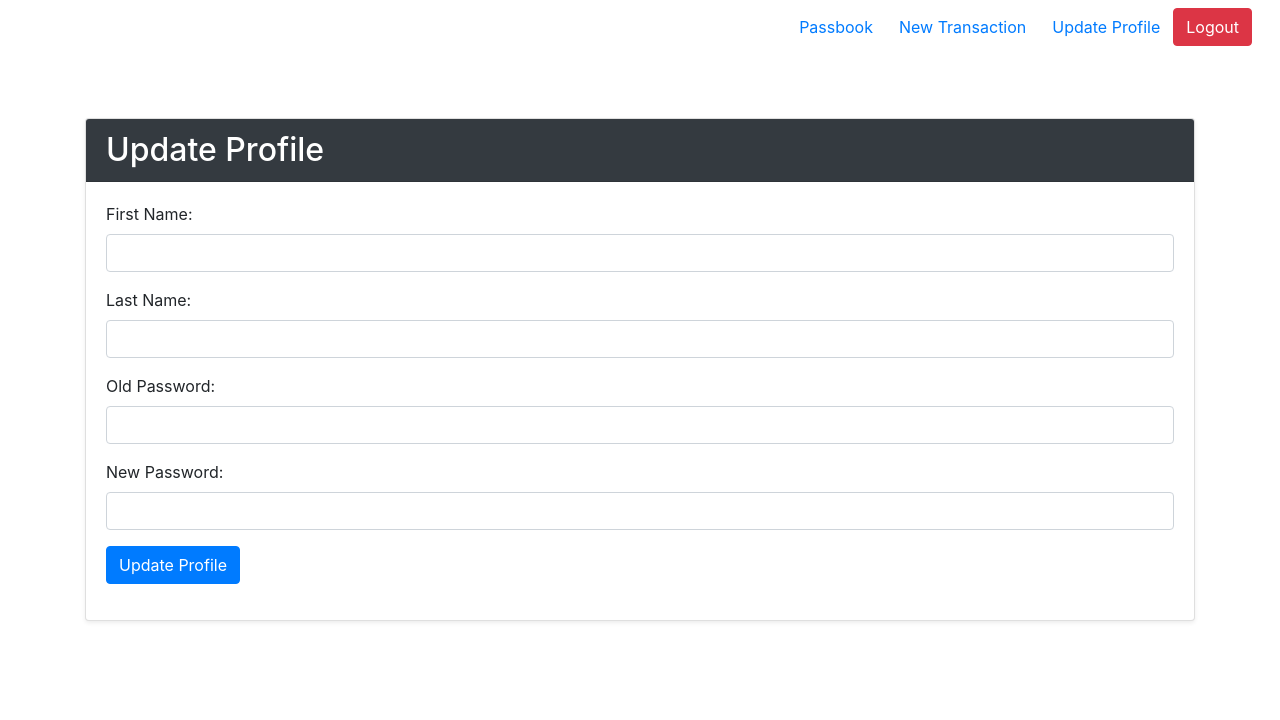
Repository: prathamsuhasia/swabhav-mini-project
Page: http://localhost/01-mini-project/UpdateProfile.jsp
The author's editor kept a copy of each file at every save. The page is drawn from the files as they stood at one save, then again after the next save.
The browser window is 1280 px wide. The pictures show the whole page.
Some web libraries are served in a nearby version. The page is served by Tomcat 9. The session is filled in as if someone had signed in: {"username": "testuser", "admin": "admin", "customer": "customer", "customerID": 1, "firstName": "Test User", "lastName": "Test User", "createdAt": 1, "accountNumbers": 1}. Other server files are loaded and not shown.

Above is the page before, as saved 2024-08-16 04:25:43.

### 01-mini-project/WebContent/UpdateProfile.jsp
<%@ page language="java" contentType="text/html; charset=ISO-8859-1"
    pageEncoding="ISO-8859-1"%>
    <%@ include file="CustomerNavbar.jsp"%>
<!DOCTYPE html PUBLIC "-//W3C//DTD HTML 4.01 Transitional//EN" "http://www.w3.org/TR/html4/loose.dtd">
<html>
<head>
    <meta http-equiv="Content-Type" content="text/html; charset=ISO-8859-1">
    <title>Update Profile</title>
    <link rel="stylesheet" href="https://stackpath.bootstrapcdn.com/bootstrap/4.5.2/css/bootstrap.min.css">
</head>
<body>
    <div class="container mt-5">
        <div class="card shadow-sm">
            <div class="card-header bg-dark text-white">
                <h2 class="mb-0">Update Profile</h2>
            </div>
            <div class="card-body">
                <form action="CustomerController" method="post">
                    <div class="form-group">
                        <label for="firstName">First Name:</label>
                        <input type="text" id="firstName" name="firstName" class="form-control" value="${user.firstName}" required>
                    </div>
                    <div class="form-group">
                        <label for="lastName">Last Name:</label>
                        <input type="text" id="lastName" name="lastName" class="form-control" value="${user.lastName}" required>
                    </div>
                    <div class="form-group">
                        <label for="oldPassword">Old Password:</label>
                        <input type="password" id="oldPassword" name="oldPassword" class="form-control" required>
                    </div>
                    <div class="form-group">
                        <label for="newPassword">New Password:</label>
                        <input type="password" id="newPassword" name="newPassword" class="form-control" required>
                    </div>
                    <button type="submit" name="action" value="UpdateProfile" class="btn btn-primary">Update Profile</button>
                </form>
            </div>
        </div>
    </div>

    <!-- Bootstrap JavaScript and dependencies -->
    <script src="https://code.jquery.com/jquery-3.5.1.slim.min.js"></script>
    <script src="https://cdn.jsdelivr.net/npm/@popperjs/core@2.5.3/dist/umd/popper.min.js"></script>
    <script src="https://stackpath.bootstrapcdn.com/bootstrap/4.5.2/js/bootstrap.min.js"></script>
</body>
</html>

### 01-mini-project/WebContent/CustomerNavbar.jsp
<%@ taglib uri="http://java.sun.com/jsp/jstl/core" prefix="c" %>
<%@ page language="java" contentType="text/html; charset=ISO-8859-1"%>

    <%
	response.setHeader("Cache-Control", "no-cache, no-store, must-revalidate");
	response.setHeader("Pragma", "no-cache");
	response.setDateHeader("Expires", 0);
	HttpSession sessions = request.getSession(false);
	if (session == null || !"customer".equals(session.getAttribute("customer"))) {
		// No session or user not logged in, redirect to the login page
		response.sendRedirect("Index.jsp");
		return;
	}
%>
    <nav class="navbar navbar-expand-lg">
        <a class="navbar-brand" href="Admin.jsp" style="color: white;">Customer Dashboard</a>
        <div class="collapse navbar-collapse justify-content-end">
            <ul class="navbar-nav">
                <li class="nav-item">
                    <form action="CustomerController" method="get" class="nav-item">
                        <button type="submit" name="action" value="Passbook" class="btn btn-link">Passbook</button>
                    </form>
                </li>
                <li class="nav-item">
                    <form action="CustomerController" method="get" class="nav-item">
                        <button type="submit" name="action" value="NewTransaction" class="btn btn-link">New Transaction</button>
                    </form>
                </li>
                <li class="nav-item">
                    <form action="CustomerController" method="get" class="nav-item">
                        <button type="submit" name="action" value="Update Profile" class="btn btn-link">Update Profile</button>
                    </form>
                </li>

                <li class="nav-item">
                    <form action="LogoutServlet">
                        <button type="submit" class="btn btn-danger" style="margin-right:12px;">Logout</button>
                    </form>
                </li>
            </ul>
        </div>
    </nav>

After the next save:
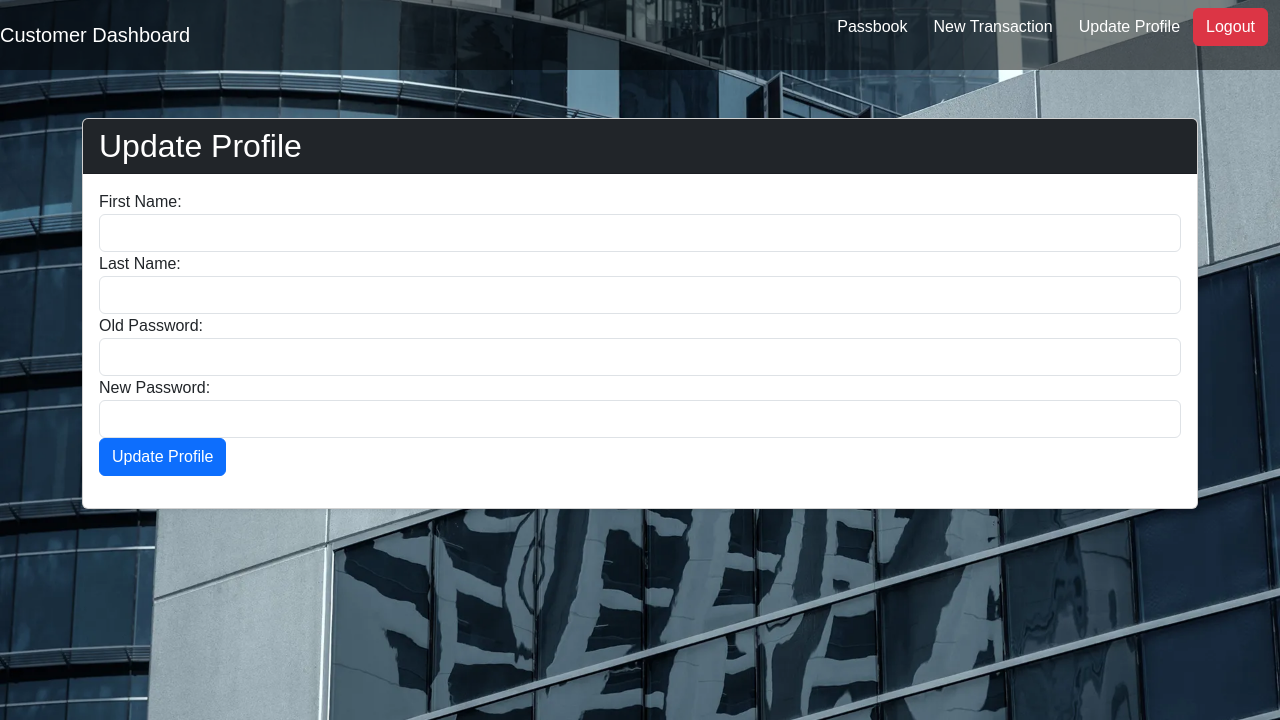
Saved 66 s later.
--- a/01-mini-project/WebContent/UpdateProfile.jsp
+++ b/01-mini-project/WebContent/UpdateProfile.jsp
@@ -6,7 +6,87 @@
 <head>
     <meta http-equiv="Content-Type" content="text/html; charset=ISO-8859-1">
     <title>Update Profile</title>
-    <link rel="stylesheet" href="https://stackpath.bootstrapcdn.com/bootstrap/4.5.2/css/bootstrap.min.css">
+        <link href="https://cdn.jsdelivr.net/npm/bootstrap@5.3.0/dist/css/bootstrap.min.css" rel="stylesheet">
+    <script src="https://code.jquery.com/jquery-3.6.0.min.js"></script>
+    <script src="https://cdn.jsdelivr.net/npm/bootstrap@5.3.0/dist/js/bootstrap.bundle.min.js"></script>
+<style>
+body {
+	background-image: url('Bank.webp');
+	background-size: cover;
+	background-position: center;
+	color: #fff;
+	font-family: Arial, sans-serif;
+	position: relative;
+	z-index: 1;
+}
+
+.navbar {
+	background-color: rgba(0, 0, 0, 0.5);
+	margin-bottom: 20px;
+}
+
+.navbar-brand {
+	color: #f8f9fa;
+}
+
+.navbar-nav .nav-link {
+	color: #f8f9fa !important;
+}
+
+.navbar-nav .nav-link:hover {
+	color: #e9ecef !important;
+}
+
+.btn-logout {
+	background-color: #dc3545;
+	border: none;
+	color: #fff;
+	margin-right: 10px;
+}
+
+.btn-logout:hover {
+	background-color: #c82333;
+	color: #fff;
+}
+
+.welcome-message {
+	display: flex;
+	align-items: center;
+	color: white;
+	height: 70vh;
+	justify-content: flex-start;
+	padding-left: 20px;
+	font-size: 45px;
+}
+
+.navbar .btn-link {
+	color: white;
+	text-decoration: none;
+}
+
+.navbar .btn-link:hover {
+	color: #ffc107;
+}
+
+.card-profile {
+	background-color: rgba(255, 255, 255, 0.93);
+	color: #000;
+	display: flex;
+	align-items: center;
+	padding: 10px;
+}
+
+.card-profile img {
+	width: 100px;
+	height: 100px;
+	object-fit: cover;
+	margin-right: 20px;
+}
+
+.card-profile .card-body {
+	flex: 1;
+}
+</style>
 </head>
 <body>
     <div class="container mt-5">
